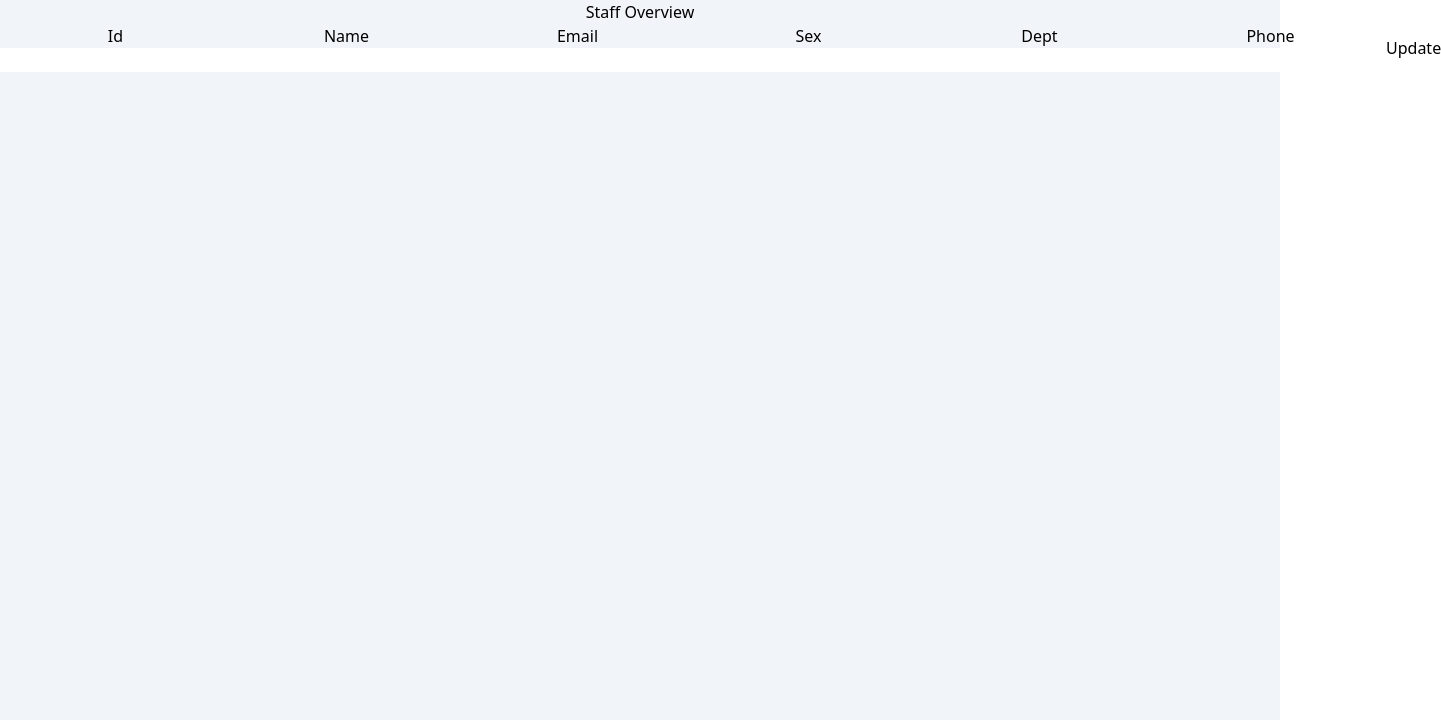
Repository: Semanmernstack/crud
Page: /employee/create
An editor plug-in stored every save of this project. The page is shown before and after the next save, followed by the edit.
The browser window is 1280 px wide. The page is 1441 px wide, then 1280 px, so the pictures cover 1441 px, including what lies to the right of the window. The pictures show the whole page.
The project was rebuilt for these pictures with package versions that can differ from the ones it lists, and the page was loaded fresh each time. Also part of the build but not shown: src/List.js, src/Details.js, src/Edit.js.

Above is the page before, as saved 2022-12-24 01:28:55.

After the next save:
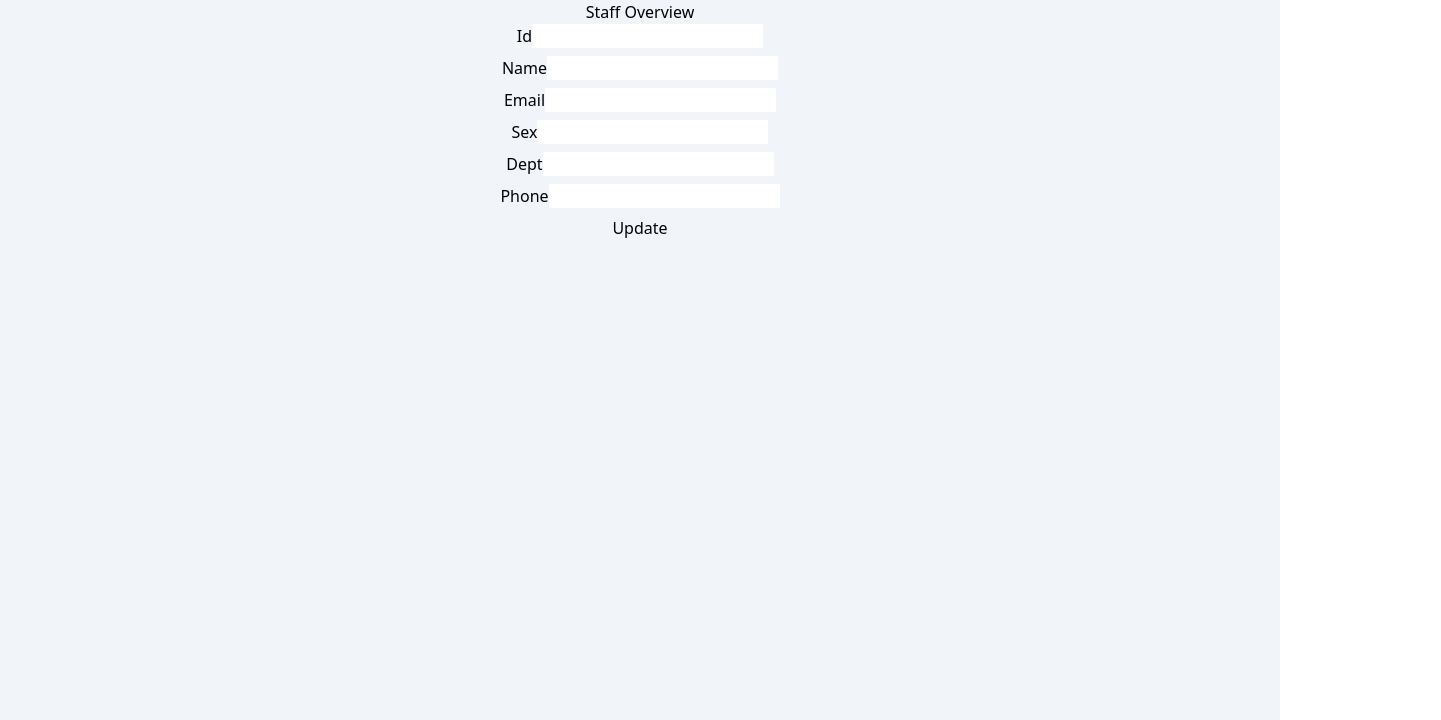
Saved 4 s later.
--- a/src/Create.js
+++ b/src/Create.js
@@ -7,7 +7,7 @@ function Create() {
             <p>Staff Overview</p>
         </div>
         <form >
-          <div className="flex flex-colgap-2">
+          <div className="flex flex-col gap-2">
             <div>
               <span>Id</span>
               <input type="text" />
